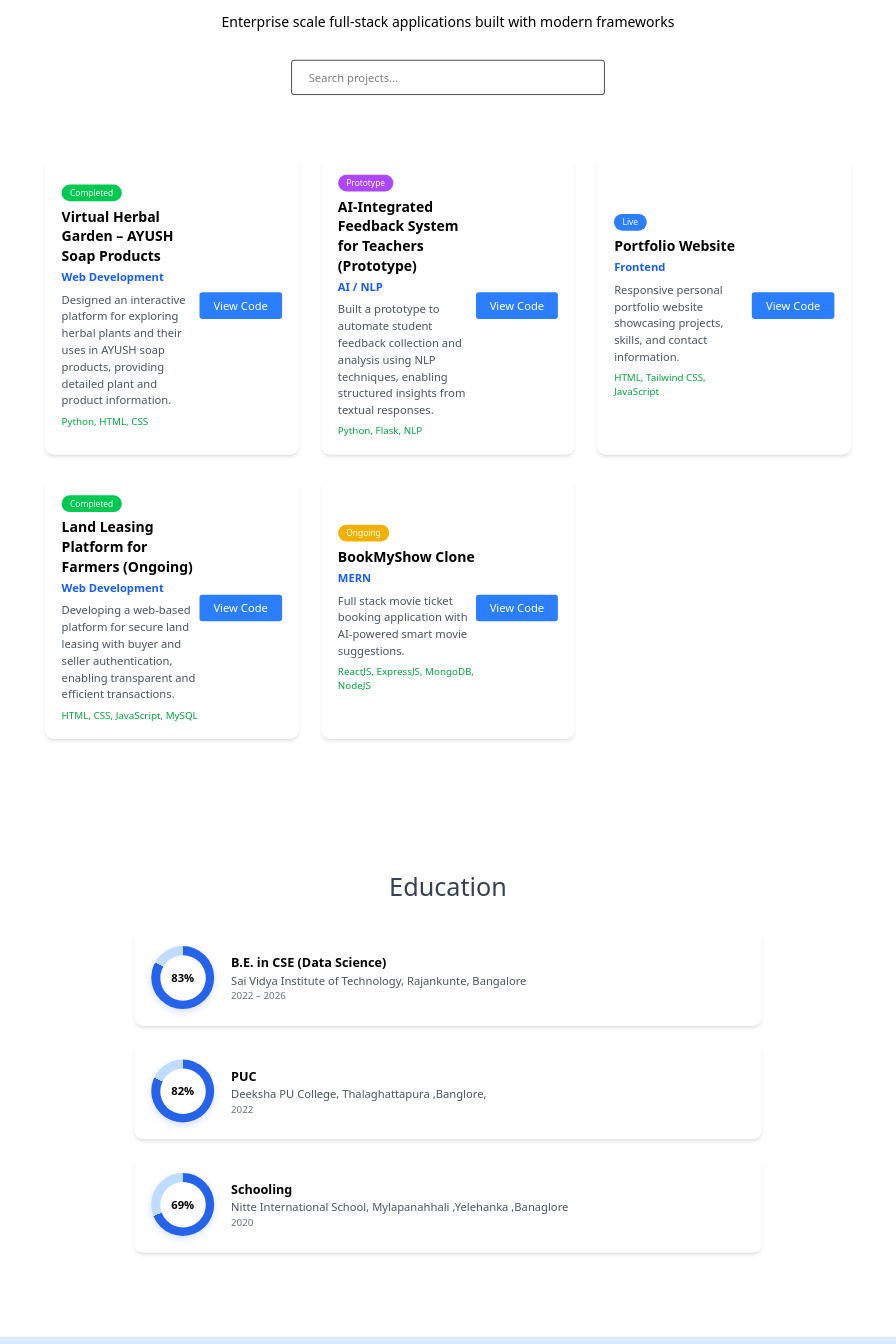
Repository: Rhaashee/myProfile
Page: index.html
An editor plug-in stored every save of this project. The page is shown before and after the next save, followed by the edit.
The browser window is 1280 px wide. The pictures show the part of the page from y = 951 to 2871 px (the page is 3717 px tall before and 3947 px after), at 70% of full size.

Above is the page before, as saved 2026-04-29 16:53:48.
Console error: SyntaxError: Identifier 'projectsData' has already been declared

After the next save:
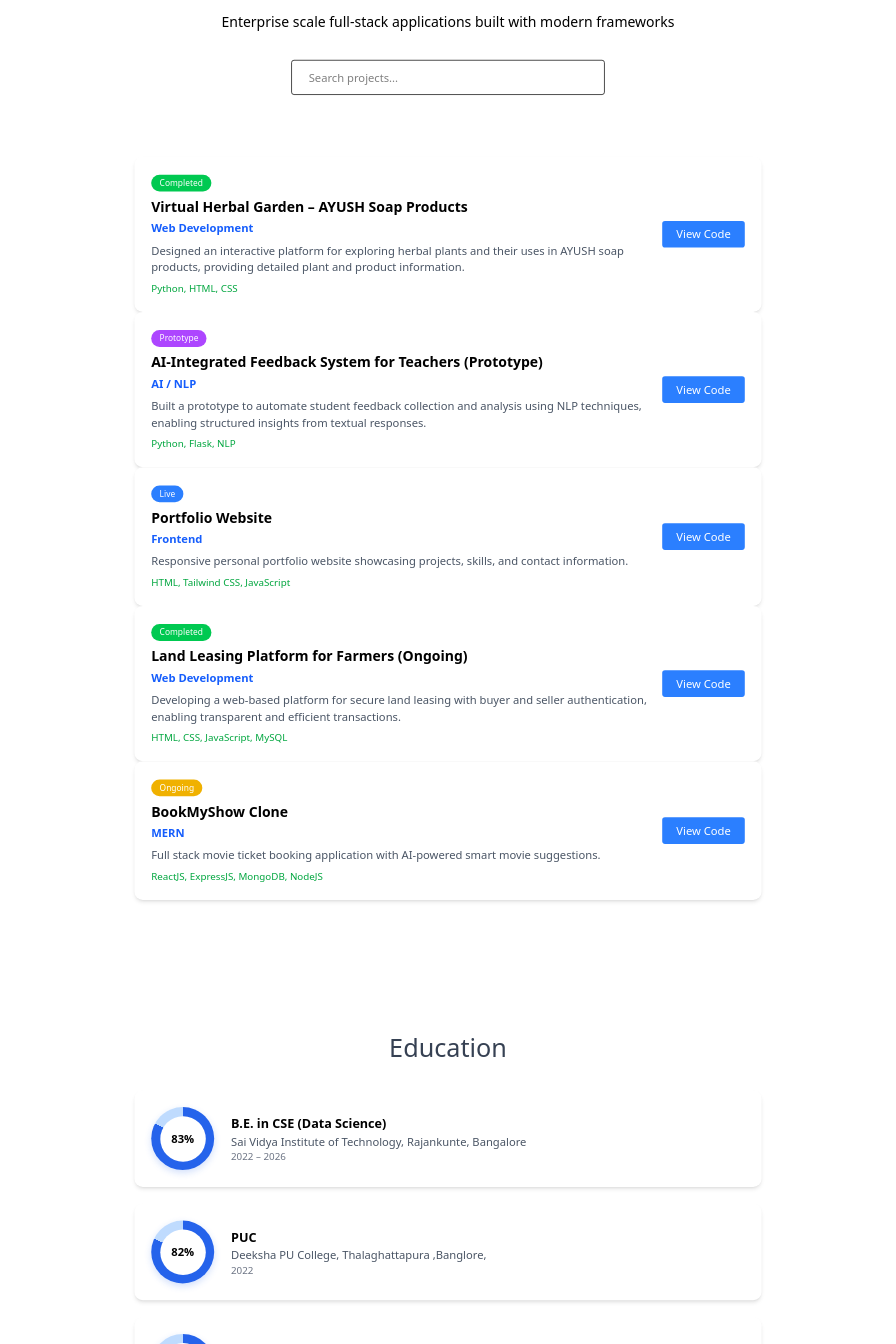
Saved 34 s later.
--- a/index.html
+++ b/index.html
@@ -119,8 +119,7 @@
 
             <div id="project-filters" class="flex flex-wrap justify-center gap-4 mb-12"></div>
 
-            <div id="projects-container" class="grid grid-cols-1 md:grid-cols-2 lg:grid-cols-3 gap-8">
-            </div>
+            <div id="projects-container" class="max-w-4xl mx-auto"></div>
 
             <!-- Dynamic container for projects -->
 
